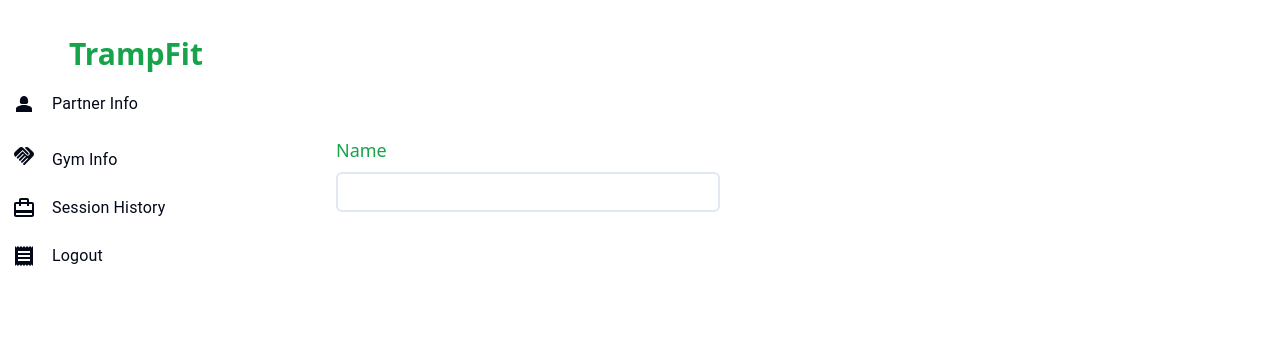
Repository: ezioxatul/TrampFit-Website
Page: /partner/partnerDashboard/gymInfo (app in Frontend/)
The author's editor kept a copy of each file at every save. The page is drawn from the files as they stood at one save, then again after a run of saves.
The browser window is 1280 px wide. The pictures show the whole page.
The project was rebuilt for these pictures with package versions that can differ from the ones it lists, and the page was loaded fresh each time. The framework's server and built-in components were replaced by stand-ins that run in the browser. Also part of the build but not shown: Frontend/next.config.js, Frontend/next.config.mjs, Frontend/components/Loader.js, Frontend/components/Popup.js.

Above is the page before, as saved 2024-05-16 18:25:41.

### Frontend/pages/_app.js
import Loader from "@/components/Loader";
import "@/styles/globals.css";
import { useRouter } from "next/router";
import { useEffect, useState } from "react";


const Loading = () => {

  return (
    <Loader/>
  );
}

export default function App({ Component, pageProps }) {

  const [loading, setLoading] = useState(false);
  const router = useRouter();

  useEffect(() => {
    const handleStart = () => setLoading(true);
    const handleComplete = () => setLoading(false);

    router.events.on('routeChangeStart', handleStart);
    router.events.on('routeChangeComplete', handleComplete);
    router.events.on('routeChangeError', handleComplete);

    return () => {
      router.events.off('routeChangeStart', handleStart);
      router.events.off('routeChangeComplete', handleComplete);
      router.events.off('routeChangeError', handleComplete);
    };
  }, []);

  return (
    <>
    <div className="h-2">
      {
        loading  &&
          <Loading />

      }
      </div>
          <Component {...pageProps} />

    </>
  );
}

### Frontend/pages/_document.js
import { Html, Head, Main, NextScript } from "next/document";

export default function Document() {
  return (
    <Html lang="en">
          <Head />
          <body>
            <Main />
            <NextScript />
          </body>
        </Html>
        );
}

### Frontend/pages/partner/partnerDashboard/gymInfo.js
import PartnerSideBar from "@/components/PartnerSideBar";
import { Input } from "@/components/ui/input";
import { Label } from "@/components/ui/label";

export default function gymInfo() {
    const inputClassName = "w-96 text-lg border-2";
    const labelClassName = "text-lg text-green-600 font-normal";
    const containerClassName = "ml-80";
  return (
    <>
      <div className="flex">
        <PartnerSideBar />
        <div className="mt-32 ml-16">
        <div className="mr-32 space-y-2">
          <Label htmlFor="name" className={labelClassName}>
            Name
          </Label>
          <Input type="text" className={inputClassName} />
        </div>
      </div>
      </div>
    </>
  );
}

### Frontend/styles/globals.css
@tailwind base;
@tailwind components;
@tailwind utilities;


@layer base {
  :root {
    --background: 0 0% 100%;
    --foreground: 222.2 84% 4.9%;

    --card: 0 0% 100%;
    --card-foreground: 222.2 84% 4.9%;

    --popover: 0 0% 100%;
    --popover-foreground: 222.2 84% 4.9%;

    --primary: 222.2 47.4% 11.2%;
    --primary-foreground: 210 40% 98%;

    --secondary: 210 40% 96.1%;
    --secondary-foreground: 222.2 47.4% 11.2%;

    --muted: 210 40% 96.1%;
    --muted-foreground: 215.4 16.3% 46.9%;

    --accent: 210 40% 96.1%;
    --accent-foreground: 222.2 47.4% 11.2%;

    --destructive: 0 84.2% 60.2%;
    --destructive-foreground: 210 40% 98%;

    --border: 214.3 31.8% 91.4%;
    --input: 214.3 31.8% 91.4%;
    --ring: 222.2 84% 4.9%;

    --radius: 0.5rem;
  }

  .dark {
    --background: 222.2 84% 4.9%;
    --foreground: 210 40% 98%;

    --card: 222.2 84% 4.9%;
    --card-foreground: 210 40% 98%;

    --popover: 222.2 84% 4.9%;
    --popover-foreground: 210 40% 98%;

    --primary: 210 40% 98%;
    --primary-foreground: 222.2 47.4% 11.2%;

    --secondary: 217.2 32.6% 17.5%;
    --secondary-foreground: 210 40% 98%;

    --muted: 217.2 32.6% 17.5%;
    --muted-foreground: 215 20.2% 65.1%;

    --accent: 217.2 32.6% 17.5%;
    --accent-foreground: 210 40% 98%;

    --destructive: 0 62.8% 30.6%;
    --destructive-foreground: 210 40% 98%;

    --border: 217.2 32.6% 17.5%;
    --input: 217.2 32.6% 17.5%;
    --ring: 212.7 26.8% 83.9%;
  }
}

@layer base {
  * {
    @apply border-border;
  }
  body {
    @apply bg-background text-foreground;
  }
}


.outline_remove:focus{


}
.focus-visible\:ring-offset-2:focus-visible{
  border:none !important;
  outline: none !important;
  border-style: none;
}

### Frontend/components/PartnerSideBar.js
import List from '@mui/material/List';
import ListItemButton from '@mui/material/ListItemButton';
import ListItemText from '@mui/material/ListItemText';
import Person2Icon from '@mui/icons-material/Person2';
import HandshakeIcon from '@mui/icons-material/Handshake';
import CardTravelIcon from '@mui/icons-material/CardTravel';
import ReceiptIcon from '@mui/icons-material/Receipt';
import LogoutIcon from '@mui/icons-material/Logout';

import { useState } from 'react';
import Link from 'next/link';
import Popup from './Popup';
import { useRouter } from 'next/router';

export default function PartnerSideBar() {

    let SideBarHeading = ['Partner Info', 'Gym Info', 'Session History', 'Logout'];

    let router = useRouter();
    let [start, setStart] = useState(false);

    const logout = () => {
        setStart(!start);
    }


    const logoutEvent = () => {
        localStorage.removeItem('partnerToken');
        setStart(false);
        router.push('/partner/partnerLogin')
    }
    return (
        <>
            <div className=" w-72  m-[-8px] p-1  mb-10">
                <Link href="#"><h1 className=' text-green-600 text-3xl font-semibold text-center mt-8 cursor-pointer'>TrampFit</h1></Link>

                <List className='bg-white mt-8 ml-6 space-y-2'>
                    {
                        SideBarHeading.map((text, index) => {
                            return (
                                index === 1 ?
                                    <>

                                        <ListItemButton className=' space-x-4 flex justify-between hover:bg-green-100 hover:rounded-2xl hover:text-green-600'>
                                            <Link href="/partner/partnerDashboard/gymInfo" className='flex space-x-4 '>
                                                <HandshakeIcon className='text-2xl' />
                                                <ListItemText primary={text} />
                                            </Link>
                                        </ListItemButton>

                                    </> :
                                    index === 0 ?
                                        <Link href="/partner/partnerDashboard/partnerInfo">
                                            <ListItemButton className=' space-x-4 hover:bg-green-100 hover:rounded-2xl hover:text-green-600'>
                                                <Person2Icon className='text-2xl' />
                                                <ListItemText primary={text} />
                                            </ListItemButton>
                                        </Link> :
                                        index === 2 ?
                                            <Link href="#">
                                                <ListItemButton className=' space-x-4 hover:bg-green-100 hover:rounded-2xl hover:text-green-600'>
                                                    <CardTravelIcon className='text-2xl' />
                                                    <ListItemText primary={text} />
                                                </ListItemButton>
                                            </Link> :
                                            index === 3 ?
                                                <Link href="#">
                                                    <ListItemButton className=' space-x-4 hover:bg-green-100 hover:rounded-2xl hover:text-green-600'>
                                                        <ReceiptIcon className='text-2xl' />
                                                        <ListItemText primary={text} />
                                                    </ListItemButton>
                                                </Link> :
                                                <ListItemButton className=' space-x-4 hover:bg-green-100 hover:rounded-2xl hover:text-green-600' onClick={logout}>
                                                    <LogoutIcon className='text-2xl' />
                                                    <ListItemText primary={text} />
                                                    <Popup open={start} title={"Do you Really want to Logout?"} cancel="Cancel" logout="Logout" logoutEvent={logoutEvent} cancelEvent={logout} />
                                                </ListItemButton>
                            )
                        })
                    }
                </List>
            </div>
        </>
    );
}

### Frontend/tailwind.config.js
/** @type {import('tailwindcss').Config} */
module.exports = {
  darkMode: ["class"],
  content: [
    './pages/**/*.{js,jsx}',
    './components/**/*.{js,jsx}',
    './app/**/*.{js,jsx}',
    './src/**/*.{js,jsx}',
  ],
  prefix: "",
  theme: {
    container: {
      center: true,
      padding: "2rem",
      screens: {
        "2xl": "1400px",
      },
    },
    extend: {fontFamily: {
      play: ["Play", "sans-serif"],
    },
      colors: {
        border: "hsl(var(--border))",
        input: "hsl(var(--input))",
        ring: "hsl(var(--ring))",
        background: "hsl(var(--background))",
        foreground: "hsl(var(--foreground))",
        primary: {
          DEFAULT: "hsl(var(--primary))",
          foreground: "hsl(var(--primary-foreground))",
        },
        secondary: {
          DEFAULT: "hsl(var(--secondary))",
          foreground: "hsl(var(--secondary-foreground))",
        },
        destructive: {
          DEFAULT: "hsl(var(--destructive))",
          foreground: "hsl(var(--destructive-foreground))",
        },
        muted: {
          DEFAULT: "hsl(var(--muted))",
          foreground: "hsl(var(--muted-foreground))",
        },
        accent: {
          DEFAULT: "hsl(var(--accent))",
          foreground: "hsl(var(--accent-foreground))",
        },
        popover: {
          DEFAULT: "hsl(var(--popover))",
          foreground: "hsl(var(--popover-foreground))",
        },
        card: {
          DEFAULT: "hsl(var(--card))",
          foreground: "hsl(var(--card-foreground))",
        },
      },
      borderRadius: {
        lg: "var(--radius)",
        md: "calc(var(--radius) - 2px)",
        sm: "calc(var(--radius) - 4px)",
      },
      keyframes: {
        "accordion-down": {
          from: { height: "0" },
          to: { height: "var(--radix-accordion-content-height)" },
        },
        "accordion-up": {
          from: { height: "var(--radix-accordion-content-height)" },
          to: { height: "0" },
        },
      },
      animation: {
        "accordion-down": "accordion-down 0.2s ease-out",
        "accordion-up": "accordion-up 0.2s ease-out",
      },
    },
  },
  plugins: [require("tailwindcss-animate")],
}

Loaded but not shown: Frontend/components/ui/input.jsx (common file); Frontend/components/ui/label.jsx (common file); Frontend/lib/utils.js (common file)

After the next 2 saves:
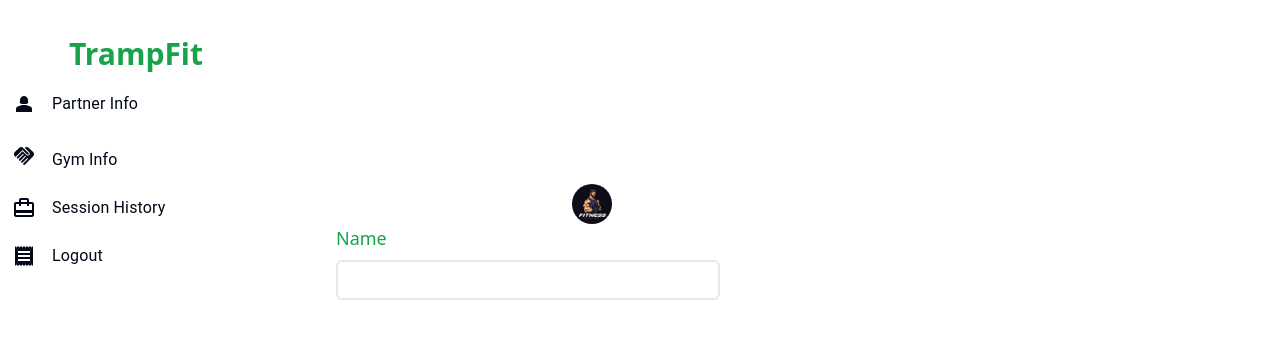
The 2 saves are shown as one change because 1 did not build or start.
The last was saved 62 s later.
--- a/Frontend/pages/partner/partnerDashboard/gymInfo.js
+++ b/Frontend/pages/partner/partnerDashboard/gymInfo.js
@@ -1,5 +1,6 @@
 import PartnerSideBar from "@/components/PartnerSideBar";
 import { Input } from "@/components/ui/input";
+import { Avatar } from "@mui/material";
 import { Label } from "@/components/ui/label";
 
 export default function gymInfo() {
@@ -11,6 +12,7 @@ export default function gymInfo() {
       <div className="flex">
         <PartnerSideBar />
         <div className="mt-32 ml-16">
+        <Avatar className="w-36 mx-auto mt-12 h-36 text-6xl bg-black" src="/gymname.png" />
         <div className="mr-32 space-y-2">
           <Label htmlFor="name" className={labelClassName}>
             Name
